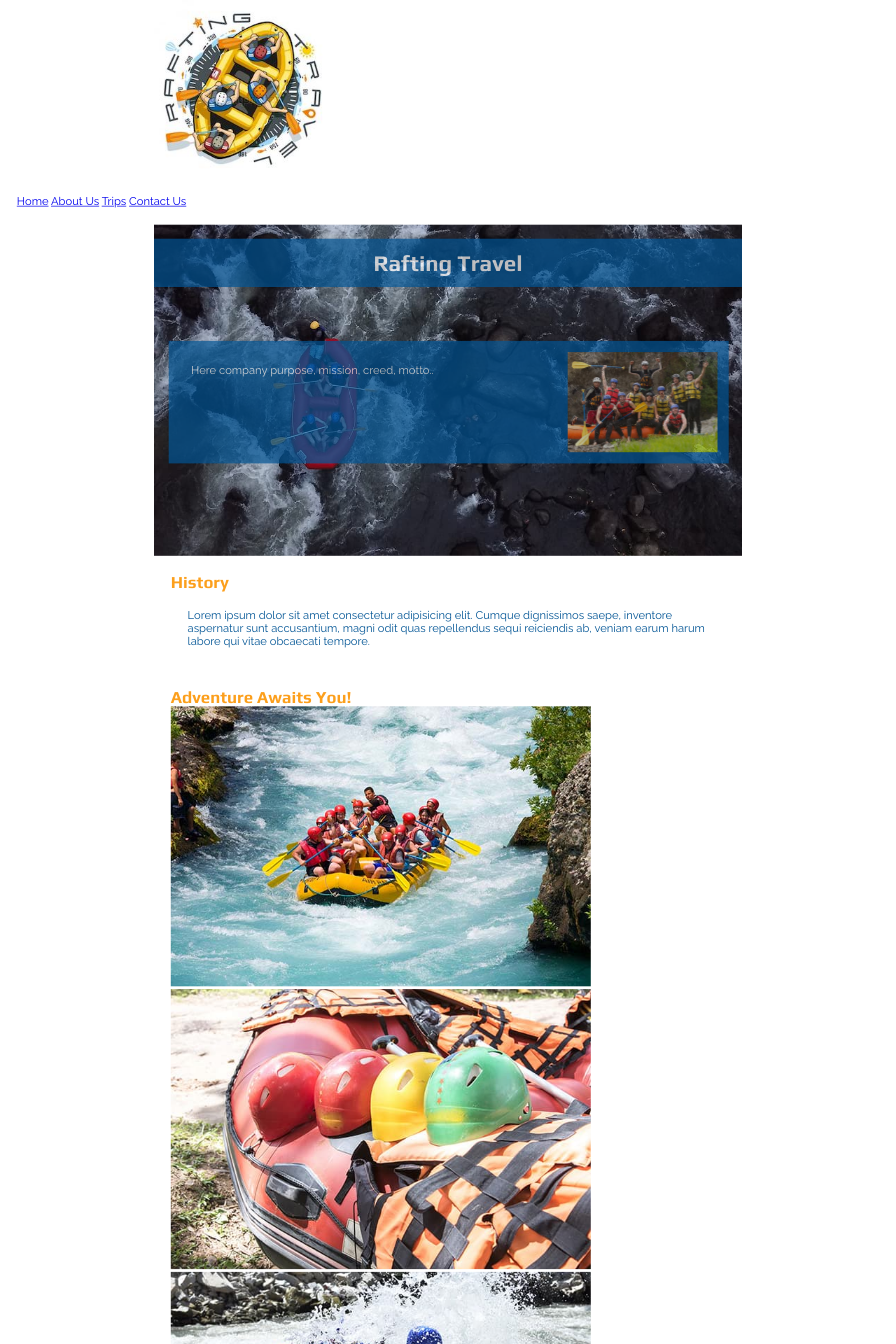
Repository: isaAJ05/wdd130
Page: wwr/about.html
An editor plug-in stored every save of this project. The page is shown before and after the next save, followed by the edit.
The browser window is 1280 px wide. The pictures show the part of the page from y = 0 to 1920 px (the page is 3666 px tall before and 3586 px after), at 70% of full size.

Above is the page before, as saved 2025-05-26 16:23:46.

After the next save:
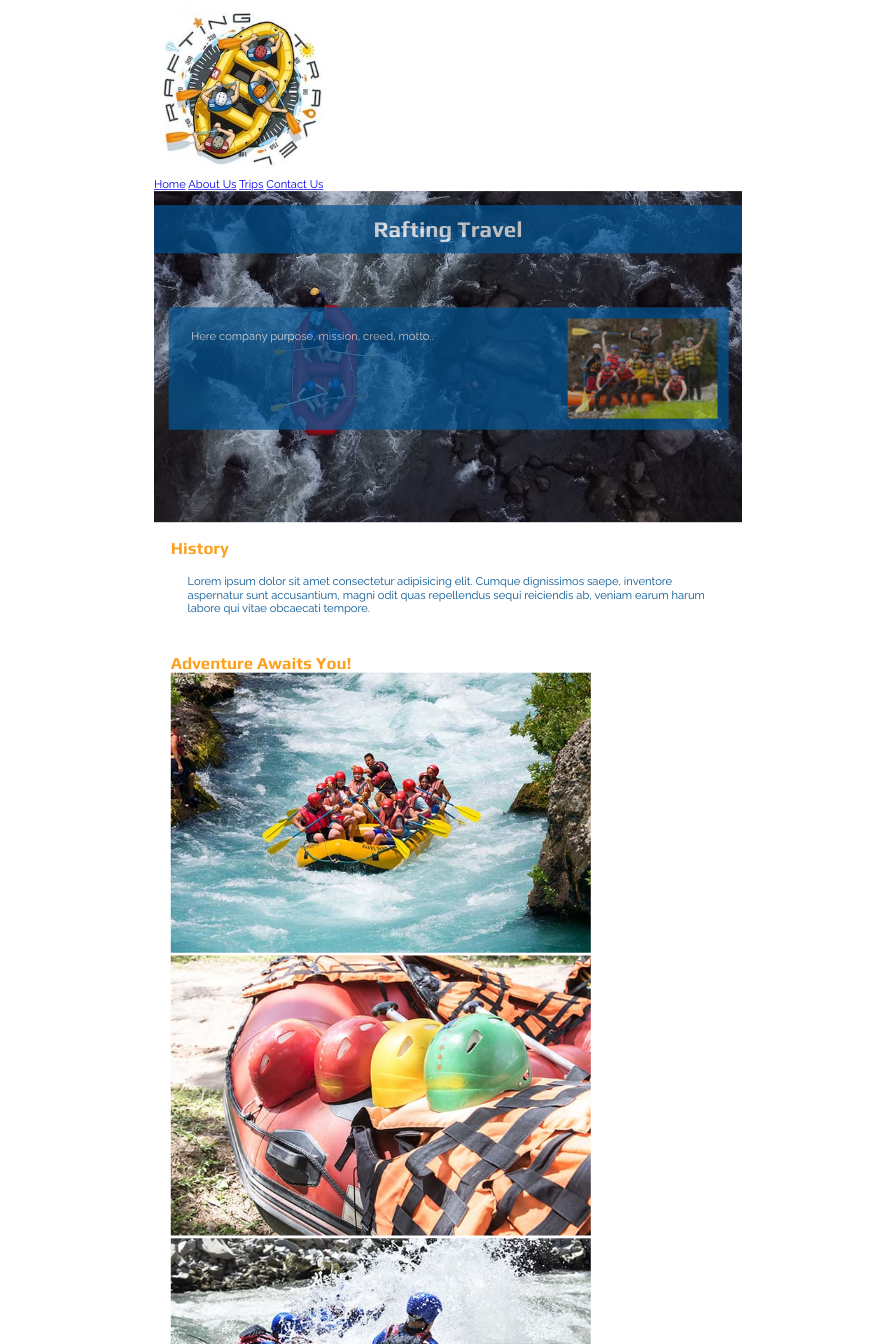
Saved 11 s later.
--- a/wwr/styles/rafting.css
+++ b/wwr/styles/rafting.css
@@ -28,7 +28,7 @@ h1, h2{
     font-family: var(--heading-font);
     color: var(--primary-color);
 }
-nav, p, section, article{
+ p, section, article{
     margin: 16px;
     padding: 8px;
 }

After the 2 saves that followed:
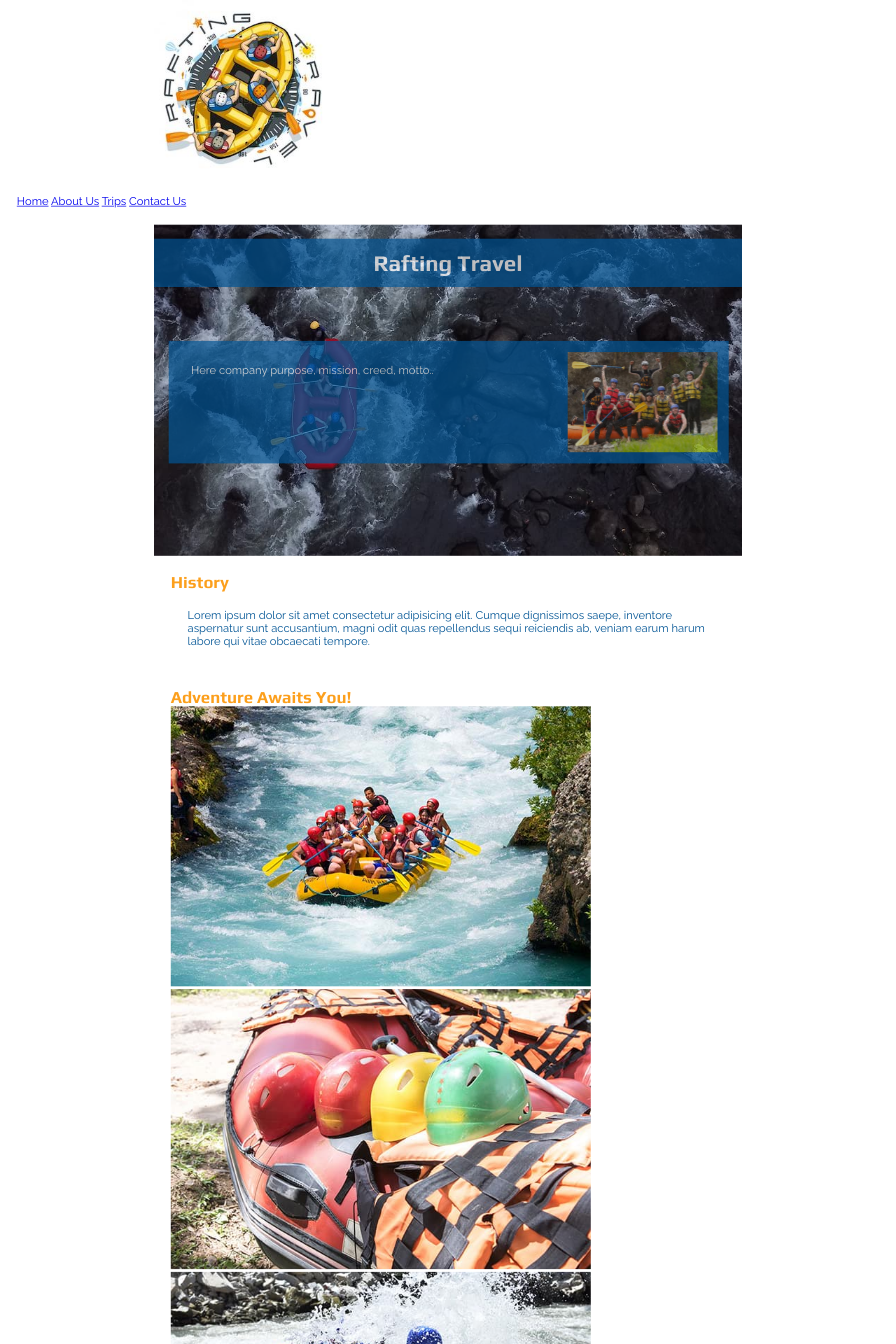
The 2 saves are shown as one change because 1 left the picture as it was.
The last was saved 60 s later.
--- a/wwr/styles/rafting.css
+++ b/wwr/styles/rafting.css
@@ -28,7 +28,7 @@ h1, h2{
     font-family: var(--heading-font);
     color: var(--primary-color);
 }
- p, section, article{
+nav,p, section, article{
     margin: 16px;
     padding: 8px;
 }
